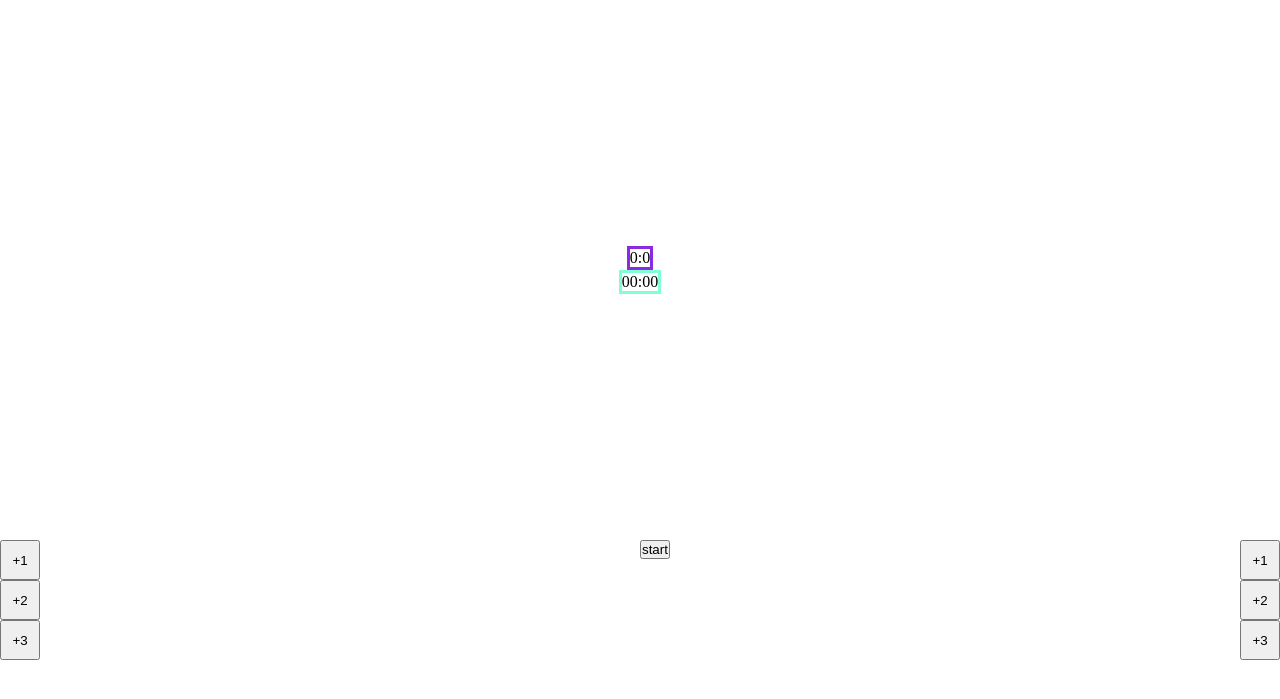
Repository: bollo89/scoreBoard
Page: index.html
The author's editor kept a copy of each file at every save. The page is drawn from the files as they stood at one save, then again after the next save.
The browser window is 1280 px wide. The pictures show the whole page.

Above is the page before, as saved 2022-01-25 12:00:36.

### index.html
<!DOCTYPE html>
<html lang="en">
<head>
    <meta charset="UTF-8">
    <meta http-equiv="X-UA-Compatible" content="IE=edge">
    <meta name="viewport" content="width=device-width, initial-scale=1.0">
    <link rel="stylesheet" href="./style.css">
    <title>Document</title>
</head>
<body>
    <div class="tablica">
        <div class="wynik">
            <div class="home"></div>
            <div class="colon">:</div>
            <div class="away"></div>
        </div>
        <div class="timer">00:00</div>
    </div>
    <div class="menu">
        <div class="btnsH">
            <div><button class="btn1h">+1</button></div>
            <div><button class="btn2h">+2</button></div>
            <div><button class="btn3h">+3</button></div>
        </div>
        <div class="centralMenu">
            <button class="btnTimer">start</button>
        </div>
        <div class="btnsA">
            <div><button class="btn1a">+1</button></div>
            <div><button class="btn2a">+2</button></div>
            <div><button class="btn3a">+3</button></div>
        </div>
    </div>
    </body>
<script src="./script.js"></script>
</body>
</html>

### style.css
* {
    margin: 0;
    padding: 0;
}
.tablica {
    height: 75vh;
    width: 100%;
    display: flex;
    flex-direction: column;
    align-items: center;
    justify-content: center;
}

.wynik {
    display: flex;
    flex-direction: row;
    border: 3px solid blueviolet;
}
.timer {
    border: 3px solid aquamarine;
}

.menu {
    height: 25vh;
    width: 100%;
    display: flex;
    flex-direction: row;
    justify-content: space-between;
    font-size: 0;
}
.btnsH {
    display: flex;
    flex-direction: column;
    align-items: flex-start;
}
.btnsA {
    display: flex;
    flex-direction: column;
    align-items: flex-end;
}
.btn1h, .btn2h, .btn3h, .btn1a , .btn2a, .btn3a {
    height: 3em;
    width: 3em;
}
.centralMenu {
    width: 3em;
    height: 3em;
    justify-content: center;
}

### script.js
let home = document.querySelector('.home');
let n = 0;
home.innerHTML = n;

let away = document.querySelector('.away');
let m = 0;
away.innerHTML = m;

let btn1h = document.querySelector('.btn1h');
let btn2h = document.querySelector('.btn2h');
let btn3h = document.querySelector('.btn3h');
let btn1a = document.querySelector('.btn1a');
let btn2a = document.querySelector('.btn2a');
let btn3a = document.querySelector('.btn3a');
//punkty po lewej
function score1home() {
    n+=1;
    home.innerHTML = n;
    console.log(n);
}
function score2home() {
    n+=2;
    home.innerHTML = n;
    console.log(n);
}
function score3home() {
    n+=3;
    home.innerHTML = n;
    console.log(n);
}
//punkty po prawej
function score1away() {
    m+=1;
    away.innerHTML = m;
    console.log(m);
}
function score2away() {
    m+=2;
    away.innerHTML = m;
    console.log(m);
}
function score3away() {
    m+=3;
    away.innerHTML = m;
    console.log(m);
}

//przyciskibtn1.addEventListener('click',score1home,false);
btn1h.addEventListener('click',score1home,false);
btn2h.addEventListener('click',score2home,false);
btn3h.addEventListener('click',score3home,false);
btn1a.addEventListener('click',score1away,false);
btn2a.addEventListener('click',score2away,false);
btn3a.addEventListener('click',score3away,false);

// setInterval(myTimer, 1000);
let sec = 0;
let min = 0;

let t = document.querySelector('.timer');

function myTimer() {
t.innerHTML = `0${min+5}:0${sec+1}`;
}

let btnTimer = document.querySelector('.btnTimer')


btnTimer.addEventListener('click', myTimer,false);

After the next save:
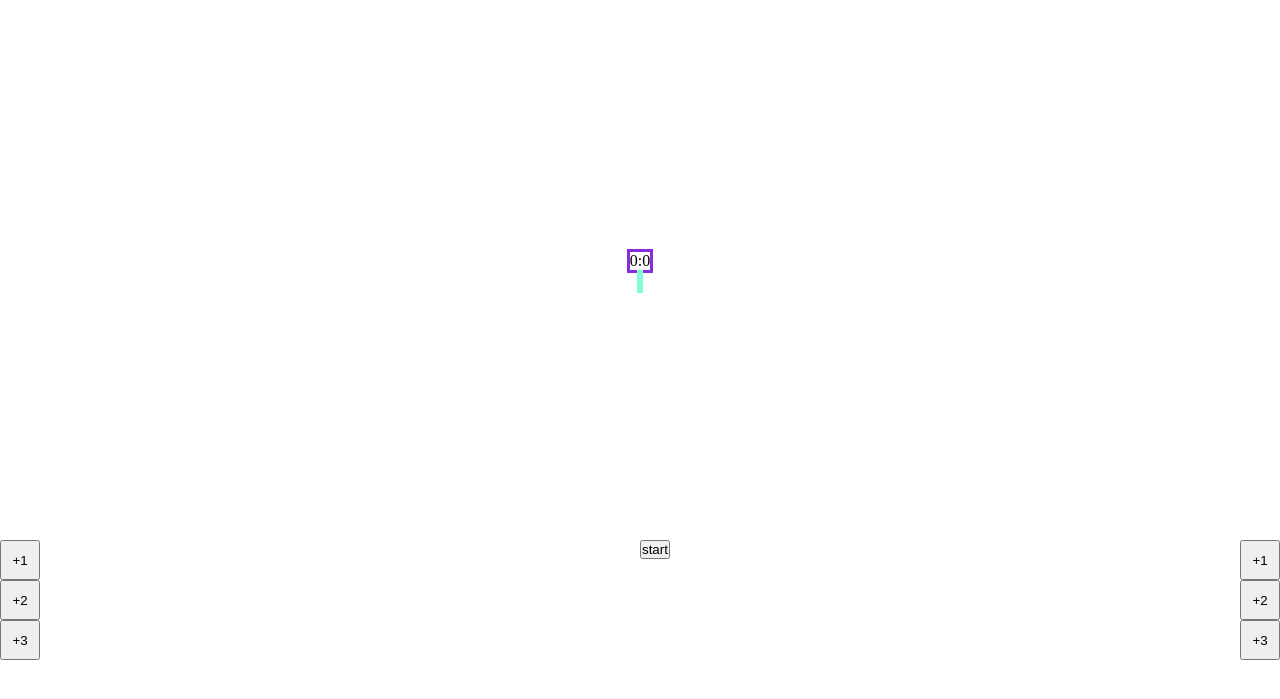
Saved 57 min 8 s later.
--- a/index.html
+++ b/index.html
@@ -14,7 +14,7 @@
             <div class="colon">:</div>
             <div class="away"></div>
         </div>
-        <div class="timer">00:00</div>
+        <div><span class="timer"></span></div>
     </div>
     <div class="menu">
         <div class="btnsH">
